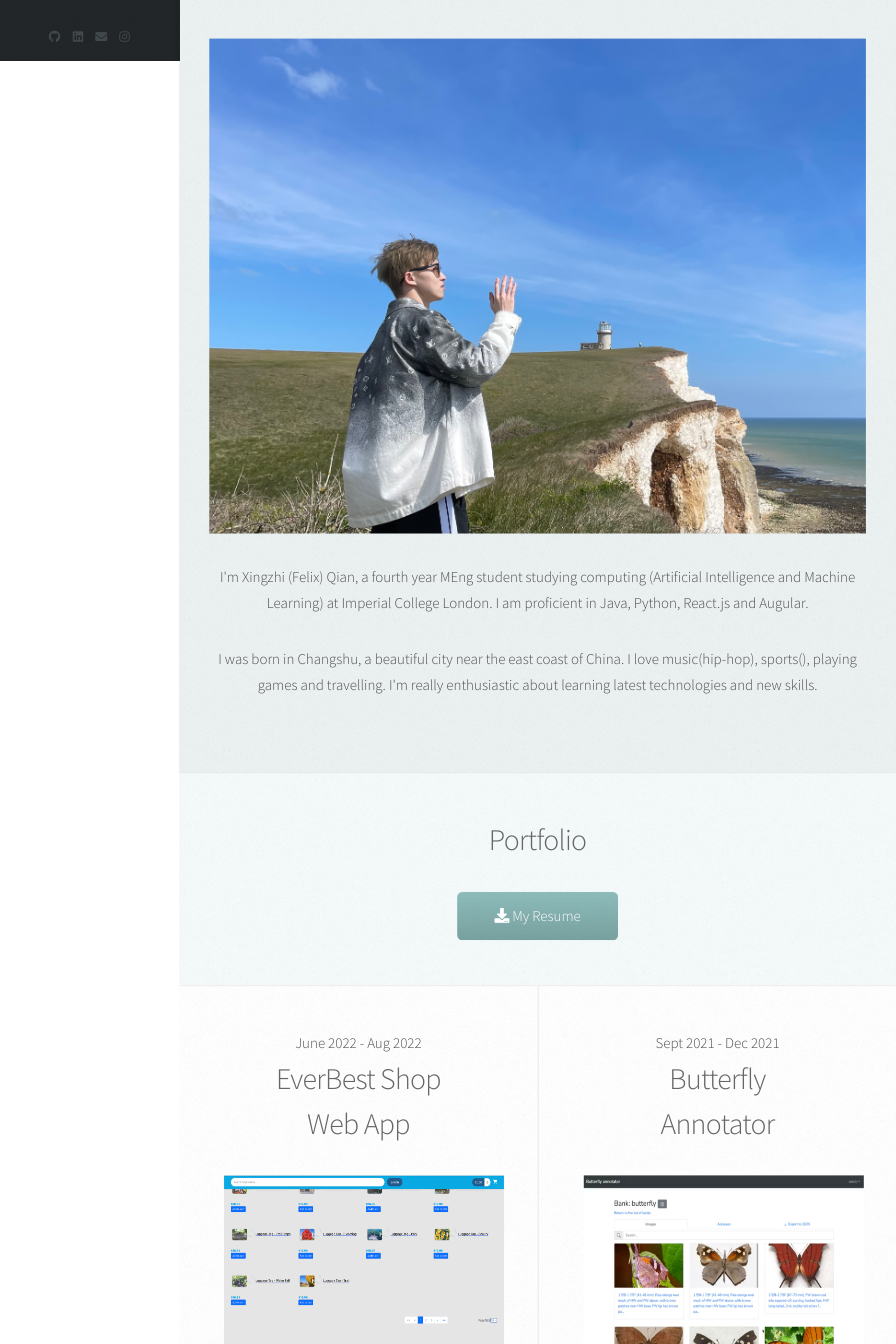
Repository: Felixqxz/Felixqxz.github.io
Page: index.html
The author's editor kept a copy of each file at every save. The page is drawn from the files as they stood at one save, then again after a run of saves.
The browser window is 1280 px wide. The pictures show the part of the page from y = 633 to 2553 px (the page is 5873 px tall), at 70% of full size.

Above is the page before, as saved 2022-08-04 23:15:17.

After the next 2 saves:
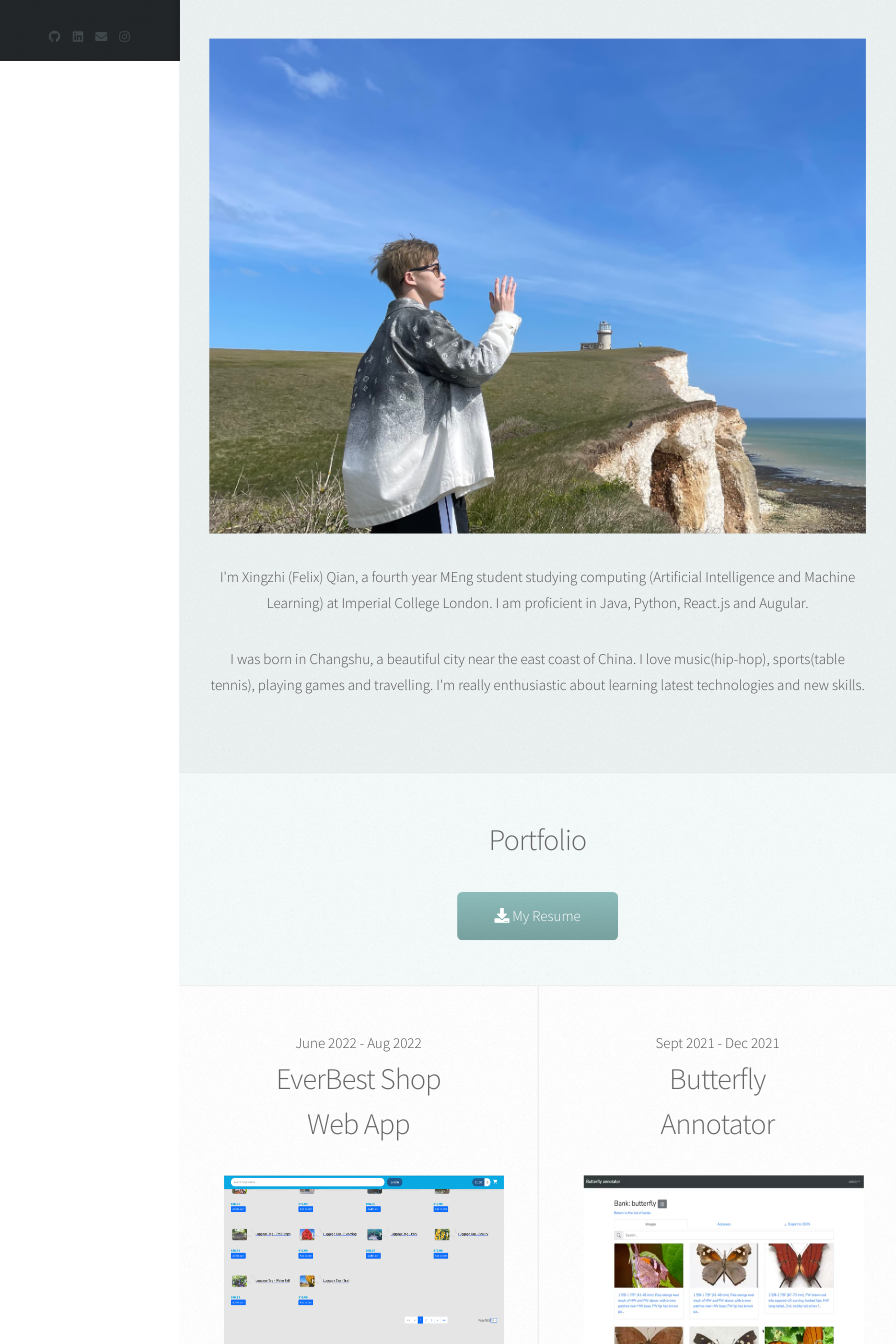
The 2 saves are shown as one change because they came seconds apart.
The last was saved 6 s later.
--- a/index.html
+++ b/index.html
@@ -84,7 +84,8 @@
 
 							<p>I'm Xingzhi (Felix) Qian, a fourth year MEng student studying computing (Artificial Intelligence and Machine Learning)
 								at Imperial College London. I am proficient in Java, Python, React.js and Augular. </p>
-							<p>I was born in Changshu, a beautiful city near the east coast of China. I love music(hip-hop), sports(), playing games and travelling.
+							<p>I was born in Changshu, a beautiful city near the east coast of China. I love music(hip-hop), sports(table tennis),
+								 playing games and travelling.
 								I'm really enthusiastic about learning latest technologies and new skills.
 							</p>
 
